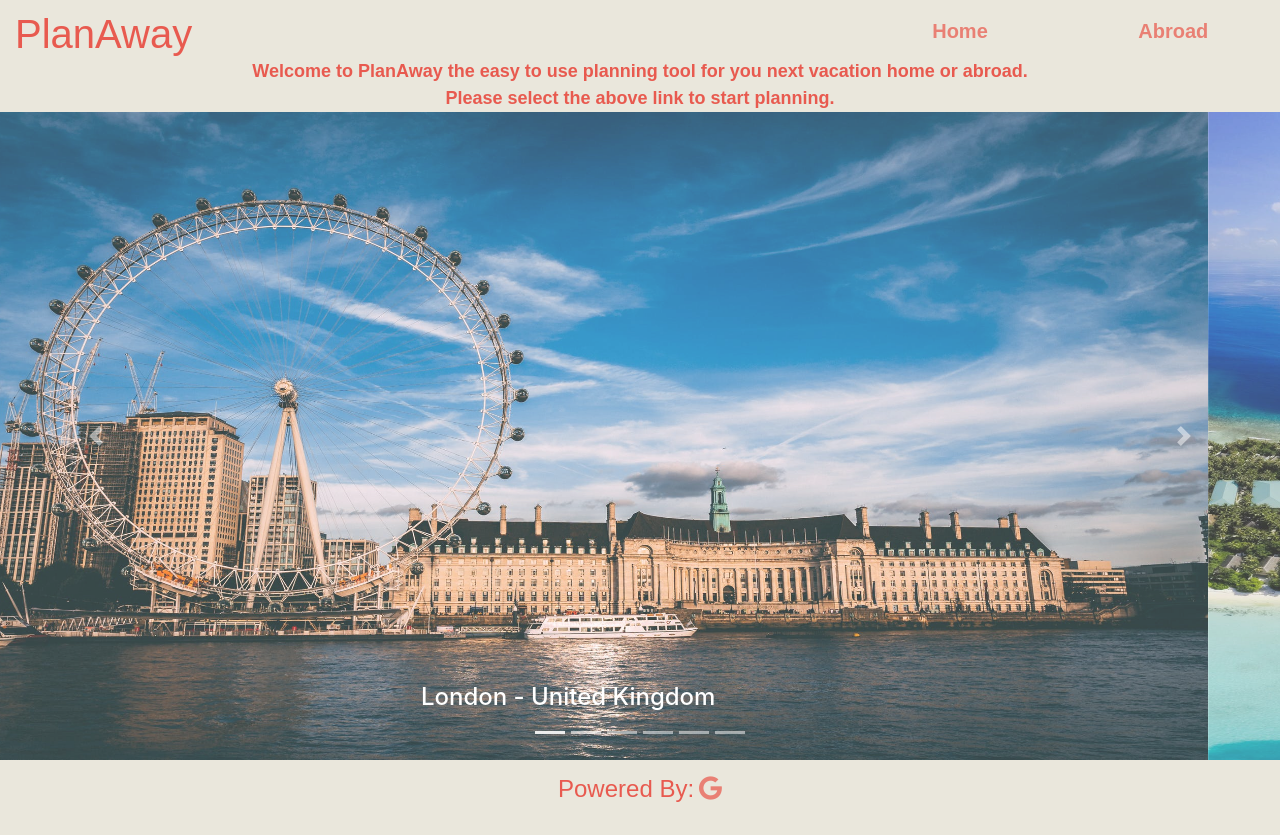
Repository: Brad000/PlanAway-Project
Page: index.html
The author's editor kept a record of every edit. The page is drawn from the files as they stood at one moment, then again after the next edit.
The browser window is 1280 px wide. The pictures show the whole page.
Some icons come from a web library that is not loaded, so they are not drawn. Some web fonts or font styles are not loaded; a fallback is used. Some web libraries are served in a nearby version.

Above is the page before.

After the next edit:
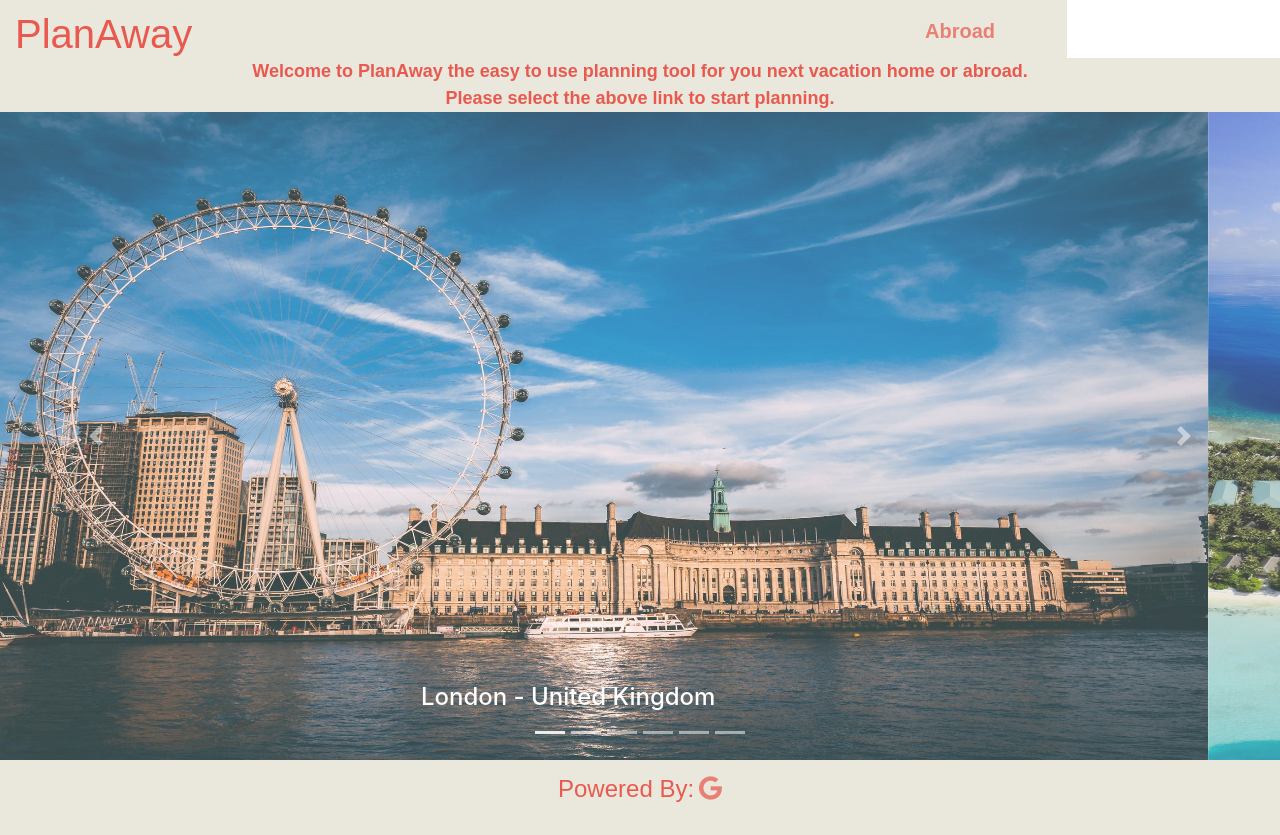
The edit:
--- a/index.html
+++ b/index.html
@@ -21,12 +21,7 @@
             <div class="col-12 col-md-8 site-heading">
                 <h1 class="site-name">PlanAway<i class="fal fa-plane-departure site-logo"></i></h1>
             </div>
-            <div class="col-6 col-md-2 site-heading">
-                <a href="home.html" id="a-links">
-                    <h5 class="link-text"><i class="fal fa-home site-links"></i>Home</h5>
-                </a>
-            </div>
-            <div class="col-6 col-md-2 site-heading">
+            <div class="col-12 col-md-2 site-heading">
                 <a href="abroad.html" id="a-links">
                     <h5 class="link-text"><i class="fal fa-globe-americas site-links"></i>Abroad</h5>
                 </a>
